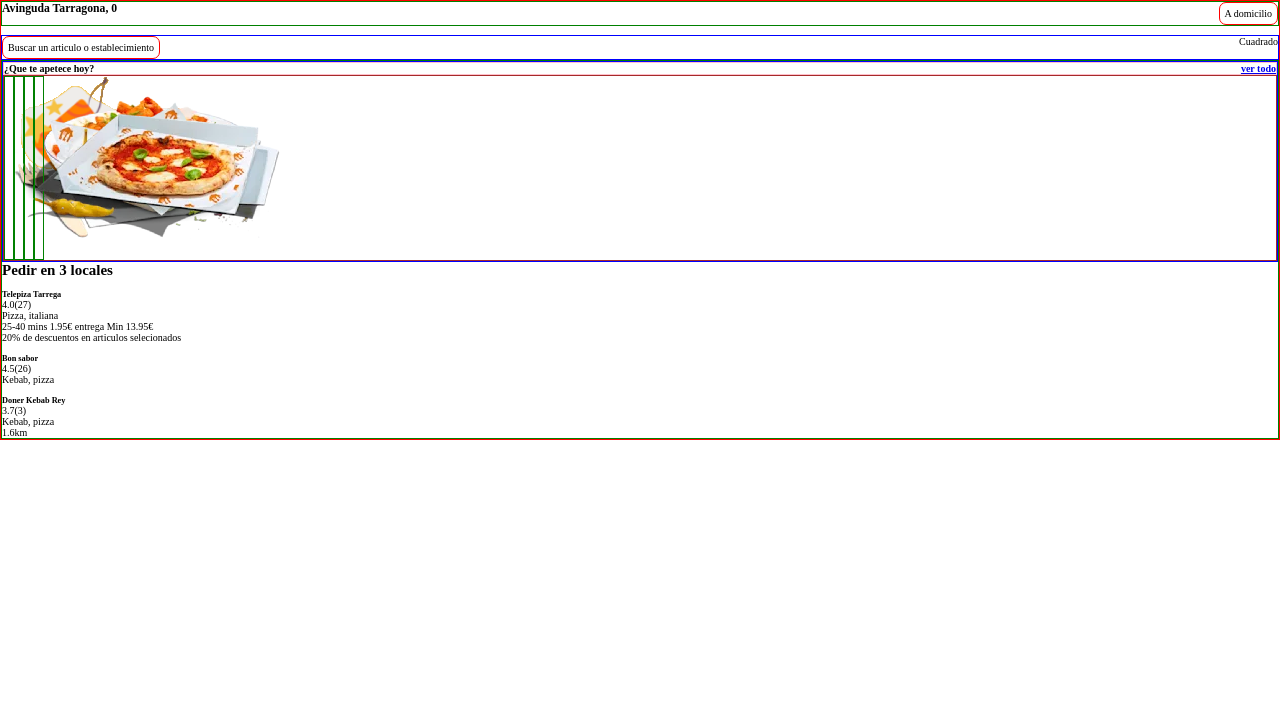
Repository: Srpinedaa/justEat
Page: index.html
The author's editor kept a copy of each file at every save. The page is drawn from the files as they stood at one save, then again after the next save.
The browser window is 1280 px wide. The pictures show the whole page.

Above is the page before, as saved 2024-09-26 15:55:28.

### index.html
<!DOCTYPE html>
<html lang="en">

<head>
    <meta charset="UTF-8">
    <meta name="viewport" content="width=, initial-scale=1.0">
    <title>Just Eat</title>
    <link rel="stylesheet" href="css/estilos.css">
</head>

<body>
    <div id="all">
        <header>
            <div id="navDireccion">
                <h3 class = "direccion">Avinguda Tarragona, 0</h3>
                <div class= "formaPedido">A domicilio</div>
            </div>

            <div id="navBuscador">
                <div class="buscador">Buscar un articulo o establecimiento</div>
                <div class = "opciones">Cuadrado</div>
            </div>
        </header>
        <main>
            <div id = "contenido">
                <div id="bloque1">
                    <section class="bloque1Sesion1">
                        <h4>¿Que te apetece hoy?</h4>
                        <h4><a href="#">ver todo</a></h4>
                    </section>
                    <section class="bloque1Sesion2">
                        <div class="fotoComida"> <img src="img/descuento.png" alt=""></div>
                        <div class="fotoComida"> <img src="img/italiana.png" alt=""></div>
                        <div class="fotoComida"> <img src="img/kebab.png" alt=""></div>
                        <div class="fotoComida"> <img src="img/pizza.png" alt=""></div>
                    </section>
                </div>
                <div id="bloque2">
                    <section></section>
                </div>
                <div id="bloque3">
                    <h2>Pedir en 3 locales</h2>
                    <section class="bloquePedidos">
                        <div class="pedido">
                            <div class="imagenPedido">
                                <img src="" alt="">
                            </div>
                            <div class="informacionPedido">
                                <h5>Telepiza Tarrega</h5>
                                <p>4.0(27)</p>
                                <p>Pizza, italiana</p>
                                <p>25-40 mins 1.95€ entrega Min 13.95€</p>
                                <p>20% de descuentos en articulos selecionados</p>
                            </div>
                        </div>
                        <div class="pedido">
                            <div class="imagenPedido">
                                <img src="" alt="">
                            </div>
                            <div class="informacionPedido">
                                <h5>Bon sabor</h5>
                                <p>4.5(26)</p>
                                <p>Kebab, pizza</p>
                            </div>
                        </div>
                        <div class="pedido">
                            <div class="imagenPedido">
                                <img src="" alt="">
                            </div>
                            <div class="informacionPedido">
                                <h5>Doner Kebab Rey</h5>
                                <p>3.7(3)</p>
                                <p>Kebab, pizza</p>
                                <p>1.6km</p>
                            </div>
                        </div>
                    </section>
                </div>
            </div>
        </main>
        <footer></footer>
    </div>
</body>

</html>

### css/estilos.css
*{
    margin: 0;
    padding: 0;
    box-sizing: border-box;
}

html{
    font-size: 62.5%;
}

#all{
    border: 1px solid red;
}

#navDireccion{
    border: 1px solid green;
    display: flex;
    justify-content: space-between;
    margin-bottom: 9px;
}

.formaPedido{
    border: 1px solid red;
    border-radius: 7px;
    padding: 5px;
}

#navBuscador{
    border: 1px solid blue;
    display: flex;
    justify-content: space-between;
}

.buscador{
    border: 1px solid red;
    border-radius: 7px;
    padding: 5px;
}

#contenido{
    border: 1px solid green;
}

#bloque1{
    border: 1px solid blue;
    display: flex;
    flex-direction: column;
}

.bloque1Sesion1{
    border: 1px solid pink;
    display: flex;
    justify-content: space-between;
}

.bloque1Sesion2{
    border: 1px solid brown;
    display: flex;
    flex-direction: row;
}

.fotoComida{
    border: 1px solid green;
    width: 1rem;

}

After the next save:
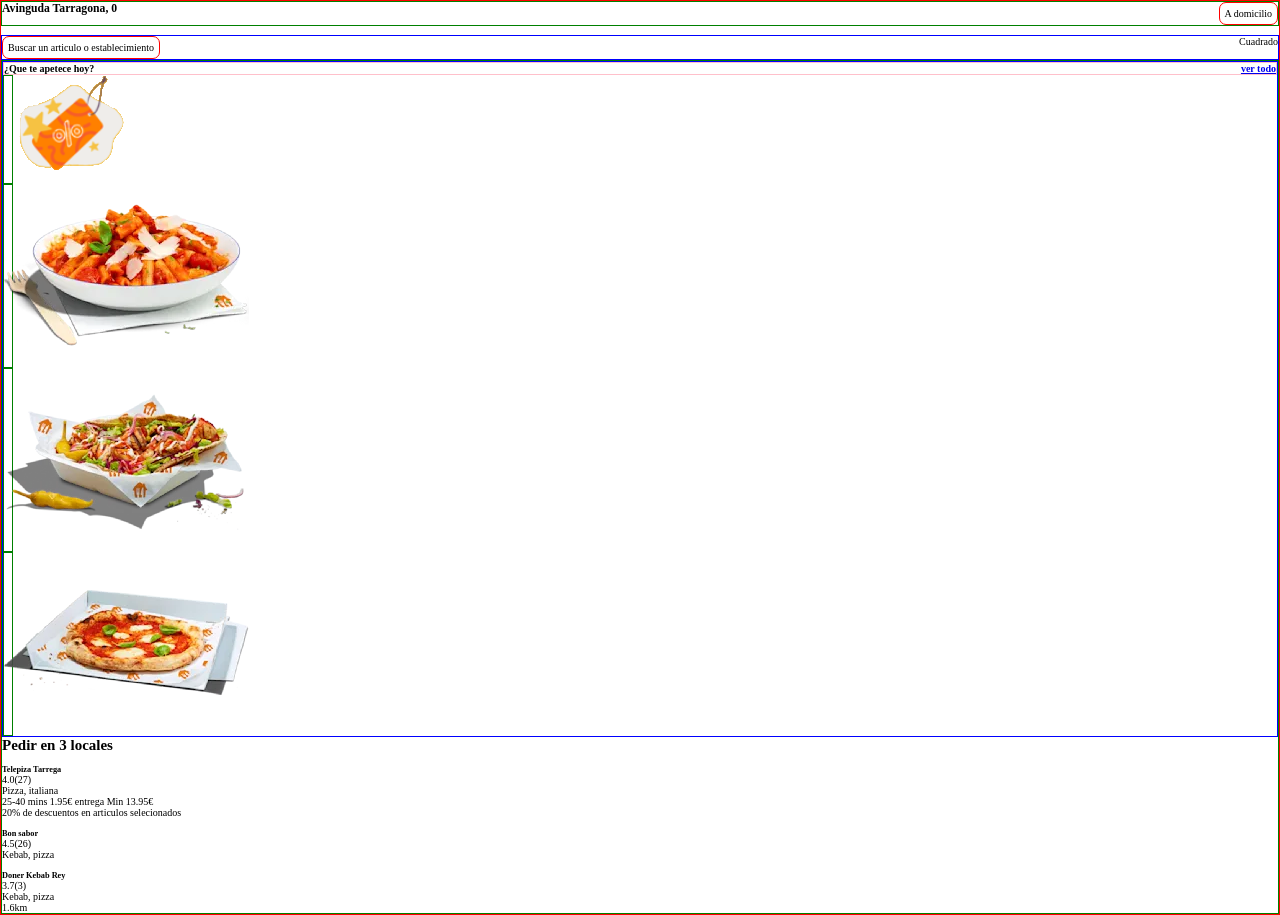
Saved 31 s later.
--- a/css/estilos.css
+++ b/css/estilos.css
@@ -53,11 +53,11 @@
     justify-content: space-between;
 }
 
-.bloque1Sesion2{
+/* .bloque1Sesion2{
     border: 1px solid brown;
     display: flex;
     flex-direction: row;
-}
+} */
 
 .fotoComida{
     border: 1px solid green;
